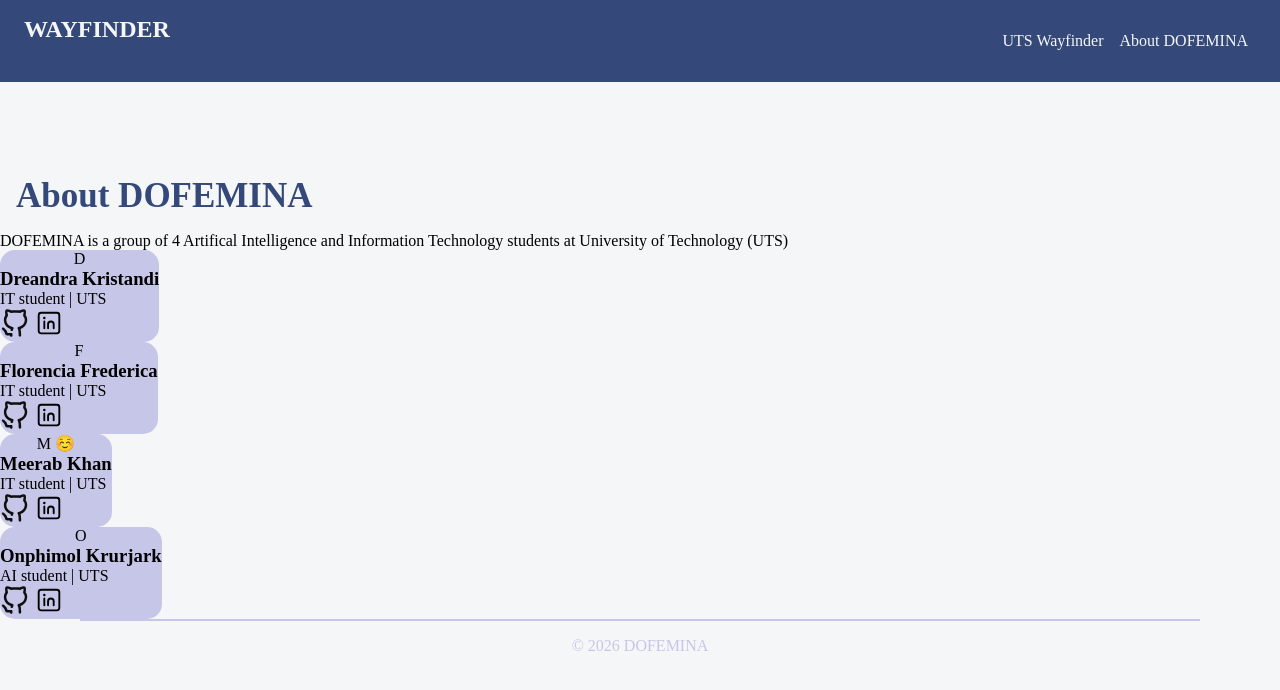
Repository: Meerab-K/uts-wayfinder
Page: html/about.html
An editor plug-in stored every save of this project. The page is shown before and after the next save, followed by the edit.
The browser window is 1280 px wide. The pictures show the whole page.
Some web fonts or font styles are not loaded; a fallback is used.

Above is the page before, as saved 2026-10-19 20:16:17.

### html/about.html
<!DOCTYPE html>
<html lang="en">
<head>
    <meta charset="UTF-8">
    <meta name="viewport" content="width=device-width, initial-scale=1.0">
    <title>About DOFEMINA - UTS Wayfinder</title>

    <link rel="stylesheet" href="../css/common.css">
    <link rel="stylesheet" href="../css/about.css">
    <link rel="stylesheet" href="../css/responsive.css">

    <!-- Google Fonts -->
    <link rel="preconnect" href="https://fonts.googleapis.com">
    <link rel="preconnect" href="https://fonts.gstatic.com" crossorigin>
    <link href="https://fonts.googleapis.com/css2?family=Maname&display=swap" rel="stylesheet">

</head>
<body>
    <header>
        <nav class="navbar">
            <h1>WAYFINDER</h1>
            <ul>
                <li><a href="index.html">UTS Wayfinder</a></li>
                <li><a href="about.html">About DOFEMINA</a></li>
            </ul>
        </nav>
    </header>

    <main>
        <h2>About DOFEMINA</h2>
        <div></div>
        <p>DOFEMINA is a group of 4 Artifical Intelligence and Information Technology students at University of Technology (UTS)</p>
        <p></p>
        <div class="card-holder">
            <div class="profile">D</div>
            <h3 class="name">Dreandra Kristandi</h3>
            <div class="bio">IT student | UTS</div>
            <div class="contact-link">
                <a href=""><img src="../svg/github.svg" alt="github-icon"></a>
                <a href=""><img src="../svg/linkedin.svg" alt="linkedin-icon"></a>
            </div>
        </div>
        <div class="card-holder">
            <div class="profile">F</div>
            <h3 class="name">Florencia Frederica</h3>
            <div class="bio">IT student | UTS</div>
            <div class="contact-link">
                <a href=""><img src="../svg/github.svg" alt="github-icon"></a>
                <a href=""><img src="../svg/linkedin.svg" alt="linkedin-icon"></a>
            </div>
        </div>
        <div class="card-holder">
            <div class="profile">M ☺️</div>
            <h3 class="name">Meerab Khan</h3>
            <div class="bio">IT student | UTS</div>
            <div class="contact-link">
                <a href=""><img src="../svg/github.svg" alt="github-icon"></a>
                <a href=""><img src="../svg/linkedin.svg" alt="linkedin-icon"></a>
            </div>
        </div>
        <div class="card-holder">
            <div class="profile">O</div>
            <h3 class="name">Onphimol Krurjark</h3>
            <div class="bio">AI student | UTS</div>
            <div class="contact-link">
                <a href=""><img src="../svg/github.svg" alt="github-icon"></a>
                <a href=""><img src="../svg/linkedin.svg" alt="linkedin-icon"></a>
            </div>
        </div>
    </main>

    <footer>
        <p>&copy; 2026 DOFEMINA </p>
    </footer>
</body>
</html>

### css/common.css
:root {
    /*Background*/
    --background-color: #f5f6f8;
    --primary-color: #344979;
    --secondary-color: #9896BB;

    /*Highlight*/
    --highlight-purple: #c6c6e8;
    --highlight-pink: #f7e5eb;

    /*Font*/
    --font: "Maname", serif;
}

* {
    margin: 0;
    padding: 0;
    font-family: var(--font);
}

body {
    background-color: var(--background-color);
    margin: 0;
}

main {
    margin-top: 2rem;
}

footer {
    text-align: center;
    margin: 0 5rem;
    padding: 1rem;
    border-top: 2px solid var(--highlight-purple);
    color: var(--highlight-purple);
}

h2 {
    color: var(--primary-color);
    padding: 1rem;
    font-size: 35px;
}

.navbar {
    background-color: var(--primary-color);
    padding: 1rem;
    margin: 0;
    position: fixed;
    top: 0;
    z-index: 100;
    width: 100%;
    display: flex;
    justify-content: space-between;
    box-sizing: border-box;
}

.navbar h1 {
    color: var(--background-color);
    padding: 0 0 0 0.5rem;
}

.navbar ul {
    list-style-type: none;
    display: flex;
    gap: 1rem;
    margin: 1rem;
}

.navbar a {
    text-decoration: none;
    color: var(--background-color);
}

.navbar a:hover {
    color: var(--highlight-purple);
}

.floating-menu-btn {
    position: fixed;
    bottom: 1rem;
    right: 1rem;
    width: 50px;
    height: 50px;
    background-color: var(--primary-color);
    border-radius: 50%;
    display: flex;
    justify-content: center;
    align-items: center;
    cursor: pointer;
    z-index: 1000;
}

.floating-menu-btn span{
    background-color: var(--background-color);
    width: 30px;
    height: 3px;
}

main {
    margin-top: 10rem;
}

### css/about.css
.card-holder {
    background-color: var(--highlight-purple);
    width: fit-content;
    border-radius: 15px;
}

.profile {
    text-align: center;
    border-radius: 50%;
    background-color: var(--)
}

.name {

}

.bio {

}

.contact-link img {
    width: 30px;
    height: auto;
}

### css/responsive.css
@media (max-width: 1000px) {
    /*index.html*/
    #map_section {
        display: block;
    }

    #map_section img {
        width: 100%;
        margin: 0;
    }

    #map_section div h2 {
        text-align: center;
    }

    #map_section div table {
        width: 100%;
    }
}

@media (max-width: 800px) {
    main {
        margin-top: 10rem;
    }

    .navbar {
        text-align: center;
        display: block;
    }

    .navbar ul {
        justify-content: center;
        margin-top: 1.5rem;
        padding: 0.5rem;
        border-top: 1px solid var(--secondary-color);
    }

    /*index.html*/
    form select {
        width: 60%;
    }

    /*about.html*/
}

### svg/github.svg
<?xml version="1.0" encoding="utf-8"?><!-- Uploaded to: SVG Repo, www.svgrepo.com, Generator: SVG Repo Mixer Tools -->
<svg width="800px" height="800px" viewBox="0 0 24 24" fill="none" xmlns="http://www.w3.org/2000/svg">
<path d="M4.0744 2.9938C4.13263 1.96371 4.37869 1.51577 5.08432 1.15606C5.84357 0.768899 7.04106 0.949072 8.45014 1.66261C9.05706 1.97009 9.11886 1.97635 10.1825 1.83998C11.5963 1.65865 13.4164 1.65929 14.7213 1.84164C15.7081 1.97954 15.7729 1.97265 16.3813 1.66453C18.3814 0.651679 19.9605 0.71795 20.5323 1.8387C20.8177 2.39812 20.8707 3.84971 20.6494 5.04695C20.5267 5.71069 20.5397 5.79356 20.8353 6.22912C22.915 9.29385 21.4165 14.2616 17.8528 16.1155C17.5801 16.2574 17.3503 16.3452 17.163 16.4167C16.5879 16.6363 16.4133 16.703 16.6247 17.7138C16.7265 18.2 16.8491 19.4088 16.8973 20.4002C16.9844 22.1922 16.9831 22.2047 16.6688 22.5703C16.241 23.0676 15.6244 23.076 15.2066 22.5902C14.9341 22.2734 14.9075 22.1238 14.9075 20.9015C14.9075 19.0952 14.7095 17.8946 14.2417 16.8658C13.6854 15.6415 14.0978 15.185 15.37 14.9114C17.1383 14.531 18.5194 13.4397 19.2892 11.8146C20.0211 10.2698 20.1314 8.13501 18.8082 6.83668C18.4319 6.3895 18.4057 5.98446 18.6744 4.76309C18.7748 4.3066 18.859 3.71768 18.8615 3.45425C18.8653 3.03823 18.8274 2.97541 18.5719 2.97541C18.4102 2.97541 17.7924 3.21062 17.1992 3.49805L16.2524 3.95695C16.1663 3.99866 16.07 4.0147 15.975 4.0038C13.5675 3.72746 11.2799 3.72319 8.86062 4.00488C8.76526 4.01598 8.66853 3.99994 8.58215 3.95802L7.63585 3.49882C7.04259 3.21087 6.42482 2.97541 6.26317 2.97541C5.88941 2.97541 5.88379 3.25135 6.22447 4.89078C6.43258 5.89203 6.57262 6.11513 5.97101 6.91572C5.06925 8.11576 4.844 9.60592 5.32757 11.1716C5.93704 13.1446 7.4295 14.4775 9.52773 14.9222C10.7926 15.1903 11.1232 15.5401 10.6402 16.9905C10.26 18.1319 10.0196 18.4261 9.46707 18.4261C8.72365 18.4261 8.25796 17.7821 8.51424 17.1082C8.62712 16.8112 8.59354 16.7795 7.89711 16.5255C5.77117 15.7504 4.14514 14.0131 3.40172 11.7223C2.82711 9.95184 3.07994 7.64739 4.00175 6.25453C4.31561 5.78028 4.32047 5.74006 4.174 4.83217C4.09113 4.31822 4.04631 3.49103 4.0744 2.9938Z" fill="#0F0F0F"/>
<path d="M3.33203 15.9454C3.02568 15.4859 2.40481 15.3617 1.94528 15.6681C1.48576 15.9744 1.36158 16.5953 1.66793 17.0548C1.8941 17.3941 2.16467 17.6728 2.39444 17.9025C2.4368 17.9449 2.47796 17.9858 2.51815 18.0257C2.71062 18.2169 2.88056 18.3857 3.05124 18.5861C3.42875 19.0292 3.80536 19.626 4.0194 20.6962C4.11474 21.1729 4.45739 21.4297 4.64725 21.5419C4.85315 21.6635 5.07812 21.7352 5.26325 21.7819C5.64196 21.8774 6.10169 21.927 6.53799 21.9559C7.01695 21.9877 7.53592 21.998 7.99999 22.0008C8.00033 22.5527 8.44791 23.0001 8.99998 23.0001C9.55227 23.0001 9.99998 22.5524 9.99998 22.0001V21.0001C9.99998 20.4478 9.55227 20.0001 8.99998 20.0001C8.90571 20.0001 8.80372 20.0004 8.69569 20.0008C8.10883 20.0026 7.34388 20.0049 6.67018 19.9603C6.34531 19.9388 6.07825 19.9083 5.88241 19.871C5.58083 18.6871 5.09362 17.8994 4.57373 17.2891C4.34391 17.0194 4.10593 16.7834 3.91236 16.5914C3.87612 16.5555 3.84144 16.5211 3.80865 16.4883C3.5853 16.265 3.4392 16.1062 3.33203 15.9454Z" fill="#0F0F0F"/>
</svg>

### svg/linkedin.svg
<?xml version="1.0" encoding="utf-8"?><!-- Uploaded to: SVG Repo, www.svgrepo.com, Generator: SVG Repo Mixer Tools -->
<svg width="800px" height="800px" viewBox="0 0 192 192" xmlns="http://www.w3.org/2000/svg" fill="none"><rect width="132" height="132" x="30" y="30" stroke="#000000" stroke-width="12" rx="16"/><path stroke="#000000" stroke-linecap="round" stroke-linejoin="round" stroke-width="12" d="M66 86v44"/><circle cx="66" cy="64" r="8" fill="#000000"/><path stroke="#000000" stroke-linecap="round" stroke-width="12" d="M126 130v-26c0-9.941-8.059-18-18-18v0c-9.941 0-18 8.059-18 18v26"/></svg>

After the next save:
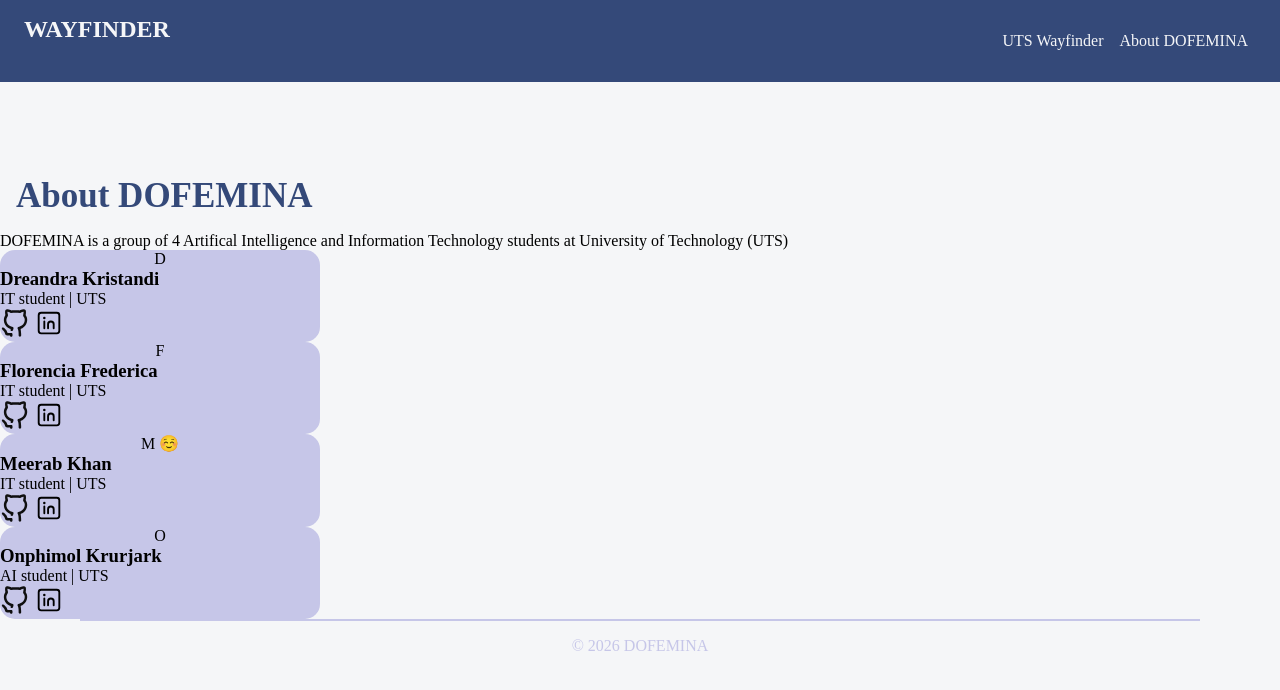
Saved 9 s later.
--- a/css/about.css
+++ b/css/about.css
@@ -1,6 +1,6 @@
 .card-holder {
     background-color: var(--highlight-purple);
-    width: fit-content;
+    width: 25%;
     border-radius: 15px;
 }
 
